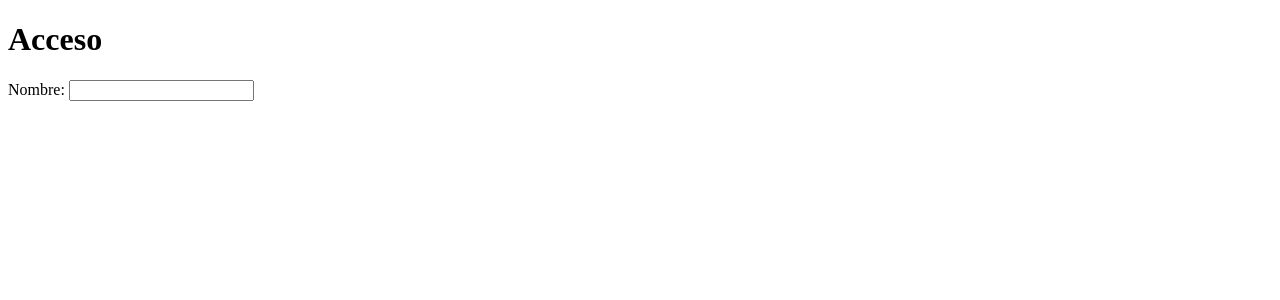
Repository: MateoSantander/Ejercicios4y5
Page: Ejercicio_4/src/main/webapp/login.html
The author's editor kept a copy of each file at every save. The page is drawn from the files as they stood at one save, then again after the next save.
The browser window is 1280 px wide. The pictures show the whole page.

Above is the page before, as saved 2022-03-16 12:11:25.

After the next save:
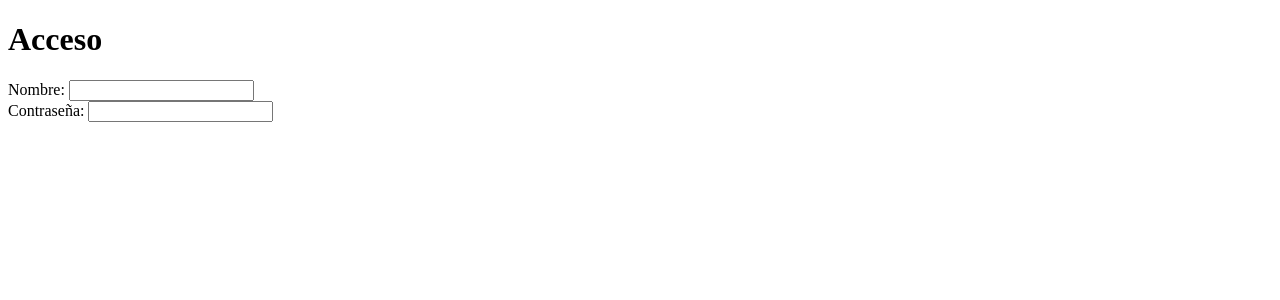
Saved 74 s later.
--- a/Ejercicio_4/src/main/webapp/login.html
+++ b/Ejercicio_4/src/main/webapp/login.html
@@ -8,6 +8,8 @@
 		<h1>Acceso</h1>
 		<form action="/login" method="get">
 			Nombre: <input type="text" name="username"/>
+			<br/>
+			Contraseña: <input type="password" name="password"/>
 		</form>
 </body>
 </html>
